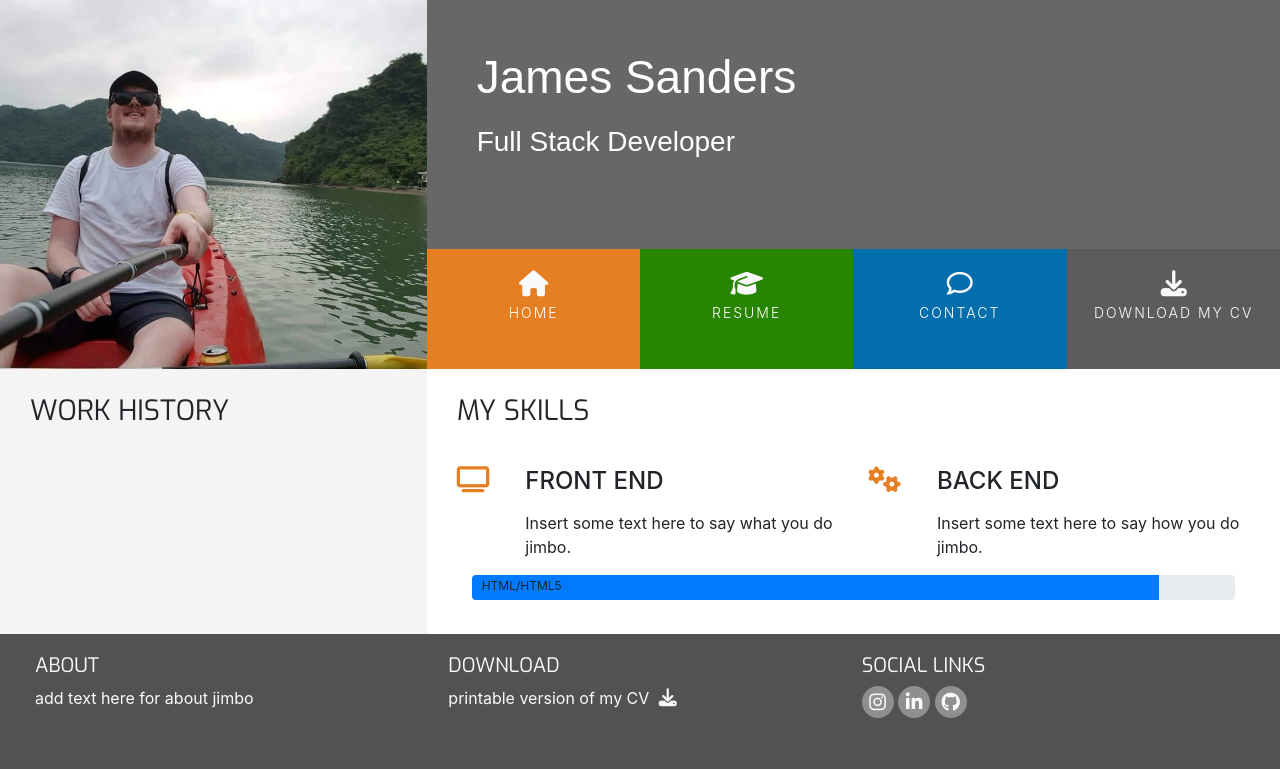
Repository: JaySanders95/my-online-resume
Page: resume.html
An editor plug-in stored every save of this project. The page is shown before and after the next save, followed by the edit.
The browser window is 1280 px wide. The pictures show the whole page.
Some web fonts or font styles are not loaded; a fallback is used. Some web libraries are served in a nearby version.

Above is the page before, as saved 2023-04-19 21:53:21.

### resume.html
<!DOCTYPE html>
<html lang="en">
<head>
    <meta charset="UTF-8">
    <meta http-equiv="X-UA-Compatible" content="IE=edge">
    <meta name="viewport" content="width=device-width, initial-scale=1.0">
    <link rel="stylesheet" href="https://cdn.jsdelivr.net/npm/@fortawesome/fontawesome-free@6.2.1/css/fontawesome.min.css" integrity="sha384-QYIZto+st3yW+o8+5OHfT6S482Zsvz2WfOzpFSXMF9zqeLcFV0/wlZpMtyFcZALm" crossorigin="anonymous">
    <link rel="stylesheet" href="https://cdn.jsdelivr.net/npm/bootstrap@4.6.2/dist/css/bootstrap.min.css" integrity="sha384-xOolHFLEh07PJGoPkLv1IbcEPTNtaed2xpHsD9ESMhqIYd0nLMwNLD69Npy4HI+N" crossorigin="anonymous">
    <link rel="stylesheet" href="assets/css/style.css">
    <link rel="stylesheet" href="https://cdnjs.cloudflare.com/ajax/libs/hover.css/2.3.1/css/hover-min.css" integrity="sha512-csw0Ma4oXCAgd/d4nTcpoEoz4nYvvnk21a8VA2h2dzhPAvjbUIK6V3si7/g/HehwdunqqW18RwCJKpD7rL67Xg==" crossorigin="anonymous" referrerpolicy="no-referrer" />
    <title>James Sanders' Resume</title>
</head>
<body>
    <header>
        <div class="row no-gutters">
            <a href="index.html" class="col-md-4 logo">

            </a>
            <div class="col-md-8">
                <div class="row bg-color-name-title no-gutters">
                    <div class="col heading">
                        <h1 class="name">James Sanders</h1>
                        <h2 class="title">Full Stack Developer</h2>

                    </div>
                </div>
                <div class="row no-gutters">
                    <div class="col">
                        <ul id="nav" class="list-inline menucontainer">
                            <li class="col-6 col-sm-3 ui-menu-color-home list-inline-item menuitem">
                                <a href="#" class="hvr-bounce-to-bottom"><i class="fa fa-home" aria-hidden="true"></i><span>Home</span></a>
                            </li>
                            <li class="col-6 col-sm-3 ui-menu-color-resume list-inline-item menuitem">
                                <a href="#" class="hvr-bounce-to-bottom"><i class="fa fa-graduation-cap" aria-hidden="true"></i><span>Resume</span></a>
                            </li>
                            <li class="col-6 col-sm-3 ui-menu-color-contact list-inline-item menuitem">
                                <a href="#" class="hvr-bounce-to-bottom"><i class="fa fa-comment-o" aria-hidden="true"></i><span>Contact</span></a>
                            </li>
                            <li class="col-6 col-sm-3 ui-menu-color-download list-inline-item menuitem">
                                <a href="#" class="hvr-bounce-to-bottom"><i class="fa fa-download" aria-hidden="true"></i><span>Download my CV</span></a>
                            </li>
                        </ul>
                    </div>
                </div>
            </div>
        </div>
    </header>
    <section class="container-fluid">
        <div class="row">
            <div class="col-md-4 bg-color-personal-info section-column">
                <div class="row">
                    <div class="col-12">
                        <h3 class="section-heading uppercase">
                            Work History
                        </h3>
                    </div>
                </div>

            </div>
            <div class="col-md-8 bg-color-three-reasons section-column">
                <div class="row">
                    <div class="col">
                        <h3 class="section-heading uppercase">My Skills</h3>
                    </div>
                </div>
                <div class="row">
                    <div class="col-10 offset-1 offset-sm-0 col-sm-4 col-md-6">
                        <div class="row">
                            <div class="col-2">
                                <i class="three-reasons-icon fa fa-tv" aria-hidden="true"></i>
                            </div>
                            <div class="col-10">
                                <h4 class="three-reasons-heading uppercase">Front End</h4>
                                <p>
                                    Insert some text here to say what you do jimbo.
                                </p>
                            </div>
                        </div>
                    </div>
                    <div class="col-10 offset-1 offset-sm-0 col-sm-4 col-md-6">
                        <div class="row">
                            <div class="col-2">
                                <i class="three-reasons-icon fa fa-gears" aria-hidden="true"></i>
                            </div>
                            <div class="col-10">
                                <h4 class="three-reasons-heading uppercase">Back end</h4>
                                <p>
                                    Insert some text here to say how you do jimbo.
                                </p>
                            </div>
                        </div>
                    </div>

                </div>
                <div class="col">
                    <div class="progress">
                        <div class="progress-bar" role="progressbar" #
                        aria-valuenow="90" aria-valuemin="0" aria-valuemax="100" style="width:90%">
                        <span class="sr-only"> 90% complete</span>
                        </div>
                        <span class="progress-type">HTML/HTML5</span>
                    </div>
                </div>
            </div>
        </div>

    </section>
    <footer class="container-fluid">
        <div id="footer-details" class="row">
            <div class="col-sm-4">
                <h5 class="uppercase general-sub">About</h5>
                <p class="inline-block"> add text here for about jimbo</p>
            </div>
            <div class="col-sm-4">
                <h5 class="uppercase general-sub">Download</h5>
                <p class="inline-block"> printable version of my CV</p>
                <a href="#" target="_blank" class="cv-pdf">
                    <i class="fa fa-download" aria-hidden="true"></i>
                    <span class="sr-only">Download link.</span>
                </a>
            </div>
            <div class="col-sm-4">
                <h5 class="uppercase general-sub">Social links</h5>
                <ul class="list-inline social-links">
                    <li class="list-inline-item">
                        <a target="_blank" href="#">
                            <i class="fa fa-instagram"></i>
                            <span class="sr-only">Instagram</span>
                        </a>
                    </li>
                    <li class="list-inline-item">
                        <a target="_blank" href="#">
                            <i class="fa fa-linkedin"></i>
                            <span class="sr-only">LinkedIn</span>
                        </a>
                    </li>
                    <li class="list-inline-item">
                        <a target="_blank" href="#">
                            <i class="fa-brands fa-github"></i>
                            <span class="sr-only">GitHub</span>

                        </a>
                    </li>
                </ul>
            </div>
        </div>

    </footer>
    <script src="https://kit.fontawesome.com/c80cd6a143.js" crossorigin="anonymous"></script>
</body>
</html>

### assets/css/style.css
@import url('https://fonts.googleapis.com/css2?family=Anuphan:100,200,300,400,500,600,700wght@300&family=Exo:100,200,300,400,500,600,700ital,wght@1,300&display=swap');


/* ------- Colours ---------*/

.bg-color-name-title {
    background-color:#676767;
}

.bg-color-three-reasons {
    background-color: #fff;
}

.bg-color-personal-info {
    background-color:#f4f4f4;
}

.ui-menu-color-home {
    background-color: #e67e22;
}

.ui-menu-color-resume {
    background-color: #278502;
}

.ui-menu-color-contact {
    background-color: #036eac;
}

.ui-menu-color-download {
    background-color: #5c5c5c;
}

/* ------- Special paddings/margins/text ---------*/

h1,h2,h3,h4 {
    margin: 0;
}

.uppercase {
    text-transform: uppercase;
}

.general-sub {
    font-family: 'Exo', sans-serif;
    font-weight: 300;
    color: #fafafa;
}

.inline-block {
    display: inline-block;
}

.row-table {
    display: table;

}
.section-column {
    display: table-cell;
    padding: 0 30px 30px;
    float: none;
}

.section-heading {
    font-family: 'Exo', sans-serif;
    font-weight: 300;
    margin-top: 25px;
    margin-bottom: 40px;
}

/* ------- Headers ---------*/
header {
    margin: 0;
}

.heading {
    margin-left: 50px;
}

.logo {
    background: url(../images/me.png);
    background-position: center;
    background-repeat: no-repeat;
    background-size: cover;
    min-height: 360px;
    transition: all .5s ease-in-out;
    -moz-transition: all .5s ease-in-out;
    -webkit-transition: all .5s ease-in-out;
}

.name {
    font-family: 'Anuphan', sans-serif;
    font-weight: 100;
    font-size: 46px;
    margin-top: 50px;
    color: #fff;
}

.title {
    font-family: 'Anuphan', sans-serif;
    font-weight: 200;
    font-size: 28px;
    margin-top: 20px;
    margin-bottom: 90px;
    color: #fff;
}

.list-inline-item:not(:last-child) {
    margin: 0;
}

.menucontainer {
    font-size: 0;
}

#nav li {
    font-size: 14px;
    padding: 0;
}

#nav {
    margin: 0;
}

.menuitem {
    height: 120px;
    text-align: center;
    padding: 0;

}

.menuitem a {
    width: 100%;
    text-decoration: none;
    color: #fff;
    height: 120px;
}

.menuitem a i {
    display: block;
    padding-top: 22px;
    color: #fafafa;
    font-size: 26px;
}

.menuitem span {
    display: block;
    width: 100%;
    padding-top: 5px;
    text-align: center;
    text-transform: uppercase;
    font-size: 14px;
    font-weight: 300;
    letter-spacing: 2px;
}

/* ------- Hover.css ---------*/

.hvr-bounce-to-bottom:before {
    background: rgba(0, 0, 0, 0.3) !important;
    height: 120px;

}

/* ------- Footer ---------*/

footer {
    background-color: #525252;
    color: #fafafa;
    min-height: 120px;
}

.cv-pdf i {
    font-size: 18px;
    color: #fafafa;
    text-align: center;
    padding-left: 5px;
    transition: all 0.35s ease-in-out;
    -moz-transition: all 0.35s ease-in-out;
    -webkit-transition: all 0.35s ease-in-out;
    -o-transition: all 0.35s ease-in-out;
}

.cv-pdf i:hover {
    color: #e84610;
}

.social-links {
    padding-bottom: 15px;
}

.social-links li a i {
    width: 32px;
    height: 32px;
    padding: 7px 0;
    border-radius: 50%;
    font-size: 19px;
    text-align: center;
    color: #fafafa;
    background: #8f8f8f;
    transition: all 0.35s ease-in-out;
    -moz-transition: all 0.35s ease-in-out;
    -webkit-transition: all 0.35s ease-in-out;
    -o-transition: all 0.35s ease-in-out;
}

.social-links li a i:hover {
    background-color: #e84610;
}

#footer-details {
    padding: 20px;
}

/* ------- 3 Reasons ---------*/

.three-reasons-icon {
    font-size: 26px;
    color: #e67e22;
}

.three-reasons-heading {
    margin-bottom: 15px;
}

/* ------- Personal Info ---------*/

.personal-info-item {
    margin-bottom: 20px;
    display: block;
    clear: both;
}

.personal-info-item .key,
.personal-info-item .value {
    padding: 8px;
    display: inline-block;

}

.personal-info-item .key p,
.personal-info-item .value p {
    margin: 0;
}

.personal-info-item .key {
    width: 30%;
    margin-right: 21px;
    padding-top: 2px;
    vertical-align: top;
}

.personal-info-item .key p {
    font-weight: 700;


}

.personal-info-item .value {
    position: relative;
    width: 60%;

}

/* ------- Skills ---------*/

.progress {
    line-height: normal;
    position: relative;
    height: 25px;
    margin-bottom: 4px;
}

.progress-type {
    position: absolute;
    left: 0px;
    font-weight: 400px;
    padding: 3px 30px 2px 10px;
}

After the next save:
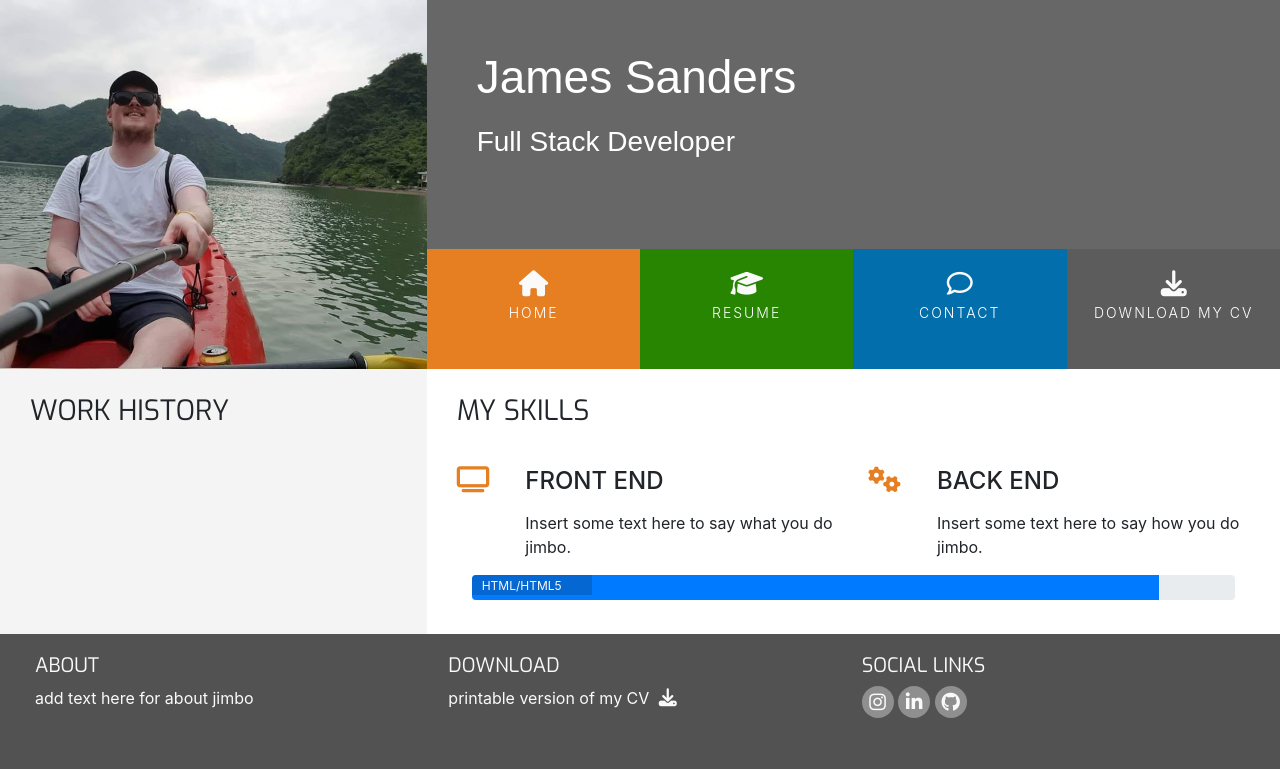
Saved 22 s later.
--- a/assets/css/style.css
+++ b/assets/css/style.css
@@ -276,4 +276,6 @@ footer {
     left: 0px;
     font-weight: 400px;
     padding: 3px 30px 2px 10px;
-}
+    color: #fafafa;
+    background-color: rgba(25, 25, 25, 0.2)
+}
